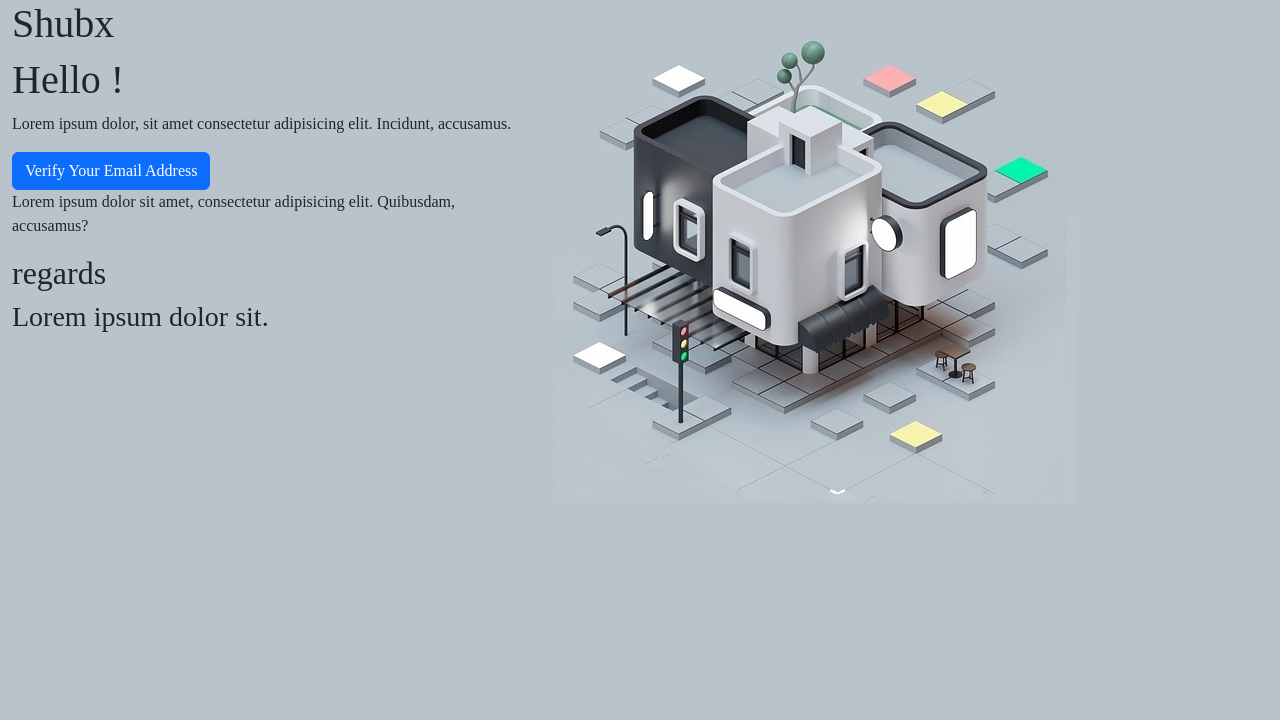
Repository: Aayush919/taskui
Page: index.html
The author's editor kept a copy of each file at every save. The page is drawn from the files as they stood at one save, then again after the next save.
The browser window is 1280 px wide. The pictures show the whole page.

Above is the page before, as saved 2024-01-12 14:40:00.

After the next save:
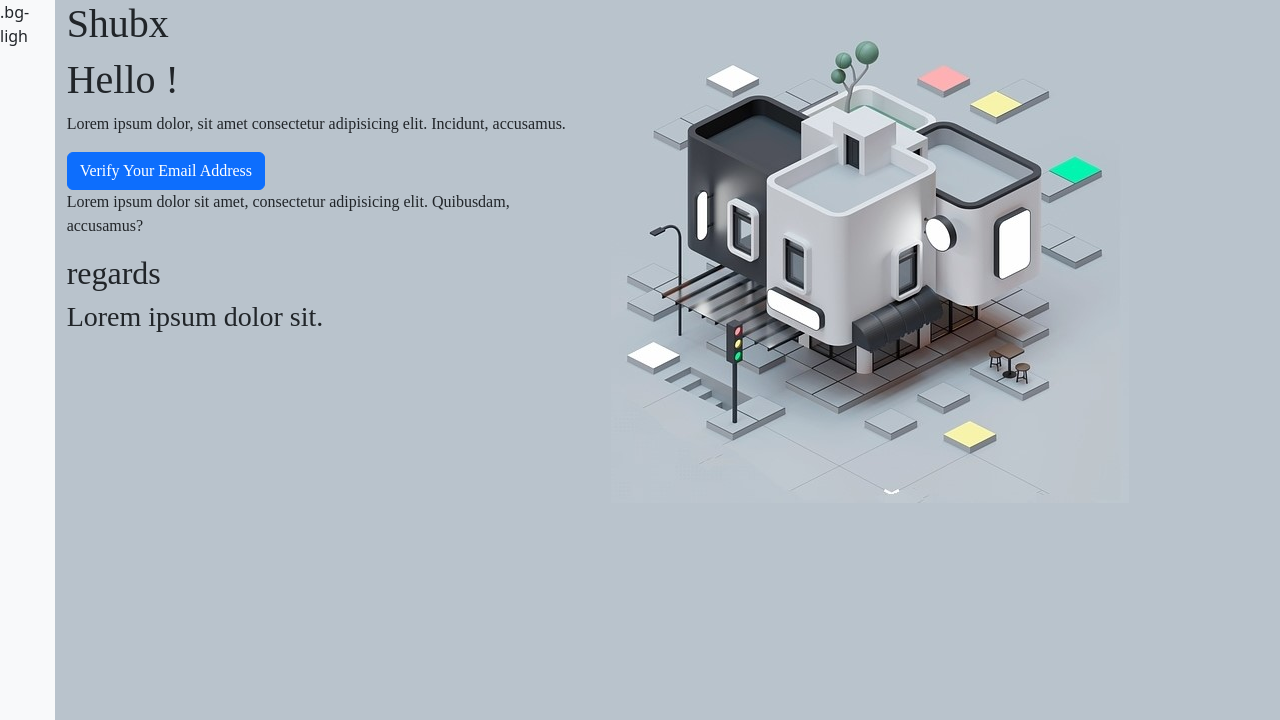
Saved 9 s later.
--- a/index.html
+++ b/index.html
@@ -18,6 +18,8 @@
 </head>
 
 <body class="bg-light custom-bg">
+
+    .bg-ligh
 
     <div class="container-fluid custom-bg">
         <div class="row">

After the 2 saves that followed:
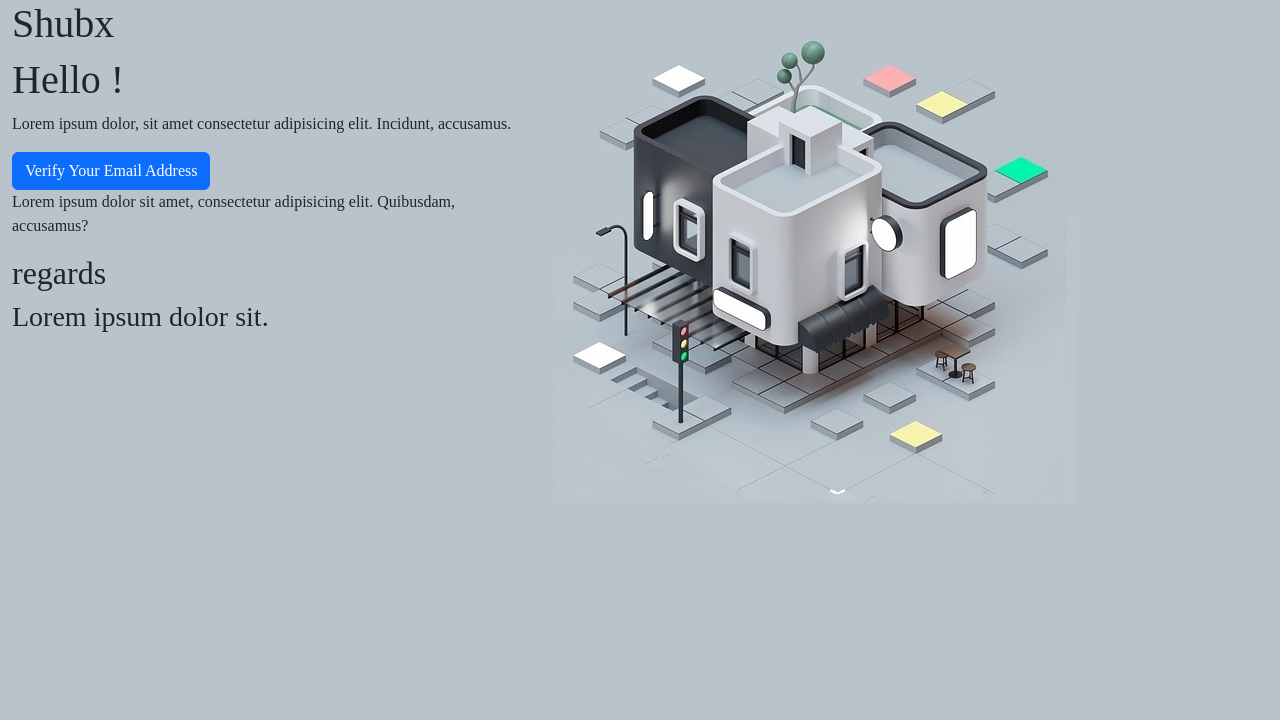
The 2 saves are shown as one change because they came seconds apart.
The last was saved 7 s later.
--- a/index.html
+++ b/index.html
@@ -19,7 +19,9 @@
 
 <body class="bg-light custom-bg">
 
-    .bg-ligh
+    <div class="bg-light">
+
+    </div>
 
     <div class="container-fluid custom-bg">
         <div class="row">
